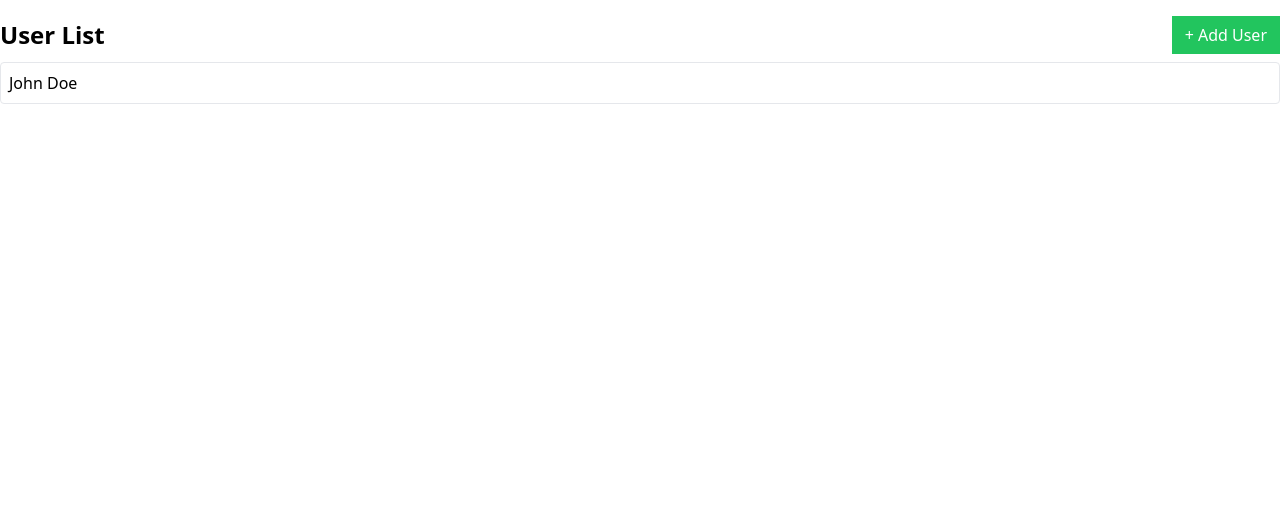
Repository: Marhamat92/users-app-redux-thunk-and-query
Page: /
These files come from the project's save history. The page is drawn as it stood at one moment and after the next save; the edit follows.
The browser window is 1280 px wide. The pictures show the whole page.
The project was rebuilt for these pictures with package versions that can differ from the ones it lists, and the page was loaded fresh each time. Requests to the local data server were answered from the project's data file.

Above is the page before, as saved 2023-01-30 18:51:57.

### src/index.js
import React from 'react';
import ReactDOM from 'react-dom/client';
import './index.css';
import App from './App';
import { Provider } from 'react-redux';
import { store } from './store';

const root = ReactDOM.createRoot(document.getElementById('root'));
root.render(
  <Provider store={store}>
    <App />
  </Provider>
);

### src/App.js
import UsersList from "./components/UsersList";


function App() {
  return (
    <div className="container mx-auto">
      <UsersList />
    </div>
  );
}

export default App;

### src/store/index.js
import { configureStore } from '@reduxjs/toolkit';
import { usersReducer } from './slices/usersSlice';

export const store = configureStore({
  reducer: {
    users: usersReducer,
  },
});


export * from './thunks/fetchUsers'; //  We are importing this here and exporting it from here so we can use it in App.js
export * from './thunks/addUser'; //  We are importing this here and exporting it from here so we can use it in App.js

### src/components/UsersList.js
import React, { useEffect, useState } from 'react'
import { fetchUsers, addUser } from '../store'
import { useDispatch, useSelector } from 'react-redux'
import Skeleton from './Skeleton'
import Button from './Button'



function UsersList() {
  const dispatch = useDispatch()
  const { data } = useSelector(state => state.users)
  const [isLoadingUsers, setIsLoadingUsers] = useState(false)
  const [loadingUsersError, setLoadingUsersError] = useState(null)
  // we deleted isLoading and error from destructring because we will use useState instead of isLoading and error which are isLoadingUsers and loadingUsersError

  useEffect(() => {
    dispatch(fetchUsers())
  }, [dispatch])

  const handleAddUser = () => {
    setIsLoadingUsers(true)
    dispatch(addUser())
  }


  if (isLoadingUsers) {
    return <Skeleton className="h-10 w-full" times={10} />
  }

  if (loadingUsersError) {
    return <div>Error while fetching data..</div>
  }


  const renderedUsers = data.map((user) => {
    return (
      <div>
        <div key={user.id} className='mb-2 mt-2 border rounded'>
          <div className='flex p-2 justify-between items-center cursor-pointer' >{user.name}</div>
        </div>
      </div>
    )
  })


  return (

    <div>
      <div className='flex flex-row justify-between items-center mt-4' >
        <h1 className='text-2xl font-bold' >User List</h1>
        <Button onClick={handleAddUser} success>
          + Add User
        </Button>
      </div>
      {renderedUsers}
    </div>
  )
}

export default UsersList

### src/store/slices/usersSlice.js
import { createSlice } from '@reduxjs/toolkit';
import { fetchUsers } from '../thunks/fetchUsers';
import { addUser } from '../thunks/addUser';

const usersSlice = createSlice({
  name: "users",
  initialState: {
    data: [],
    isLoading: false,
    error: null,

  },
  reducers: {},// we don't need reducers here because we are not creating a slice, we are creating a slice for fetching users in src/store/thunks/fetchUsers.//js
  extraReducers(builder) {
    builder.addCase(fetchUsers.pending, (state, action) => { state.isLoading = true });
    builder.addCase(fetchUsers.fulfilled, (state, action) => { state.isLoading = false; state.data = action.payload; });
    builder.addCase(fetchUsers.rejected, (state, action) => { state.isLoading = false; state.error = action.payload; });
    builder.addCase(addUser.pending, (state, action) => { state.isLoading = true; })
    builder.addCase(addUser.fulfilled, (state, action) => { state.isLoading = false; state.data.push(action.payload) });
    builder.addCase(addUser.rejected, (state, action) => { state.isLoading = false; state.error = action.error });
  }

});


//pending means that we are waiting for the response from the server
//fulfilled means that we got the response from the server
//rejected means that we got an error from the server

export const usersReducer = usersSlice.reducer;

### src/store/thunks/fetchUsers.js
import { createAsyncThunk } from "@reduxjs/toolkit";  // we use createAsyncThunk instead of createSlice here because we are not creating a slice, we are creating a thunk for fetching users
import axios from "axios";

const fetchUsers = createAsyncThunk('users/fetch', async () => {
  const response = await axios.get('http://localhost:3004/users')

  //!lets add short pause for development test to see if loading works or not (we will remove it later)
  await pause(2000) //! we are using await here because we want to wait for the pause to finish before we return the response.data
  return response.data;
})


//!lets add short pause for development test to see if loading works or not (we will remove it later)
const pause = (duration) => {
  return new Promise((resolve) => {
    setTimeout(() => {
      resolve()
    }, duration)
  })
}


// when we create async thunk, fetchUsers.pending, fetchUsers.fulfilled, fetchUsers.rejected are automatically created and we can use them inside extraReducers in src/store/slices/usersSlice.js
//so fetchUsers.pending === 'users/fetch/pending', fetchUsers.fulfilled === 'users/fetch/fulfilled', fetchUsers.rejected === 'users/fetch/rejected'

//pending means that we are waiting for the response from the server
//fulfilled means that we got the response from the server
//rejected means that we got an error from the server

export { fetchUsers };

### src/store/thunks/addUser.js
import { createAsyncThunk } from "@reduxjs/toolkit";
import axios from "axios";
import { faker } from '@faker-js/faker'

const addUser = createAsyncThunk('users/add', async () => {
  const response = axios.post('http://localhost:3004/users', {
    name: faker.name.fullName(),
  });
  return response.data;

});

export { addUser };

### src/components/Button.js
import className from 'classnames';

function Button({
  children,
  primary,
  secondary,
  success,
  warning,
  danger,
  outline,
  rounded,
  ...rest
}) {
  const classes = className(
    rest.className,
    'flex items-center px-3 py-1.5 border',
    {
      'border-blue-500 bg-blue-500 text-white': primary,
      'border-gray-900 bg-gray-900 text-white': secondary,
      'border-green-500 bg-green-500 text-white': success,
      'border-yellow-400 bg-yellow-400 text-white': warning,
      'border-red-500 bg-red-500 text-white': danger,
      'rounded-full': rounded,
      'bg-white': outline,
      'text-blue-500': outline && primary,
      'text-gray-900': outline && secondary,
      'text-green-500': outline && success,
      'text-yellow-400': outline && warning,
      'text-red-500': outline && danger,
    }
  );

  return (
    <button {...rest} className={classes}>
      {children}
    </button>
  );
}

Button.propTypes = {
  checkVariationValue: ({ primary, secondary, success, warning, danger }) => {
    const count =
      Number(!!primary) +
      Number(!!secondary) +
      Number(!!warning) +
      Number(!!success) +
      Number(!!danger);

    if (count > 1) {
      return new Error(
        'Only one of primary, secondary, success, warning, danger can be true'
      );
    }
  },
};

export default Button;

### tailwind.config.js
/** @type {import('tailwindcss').Config} */
module.exports = {
  content: [
    "./src/**/*.{js,jsx,ts,tsx}",
  ],
  theme: {
    extend: {
      keyframes: {
        shimmer: {
          '100%': { transform: 'translateX(100%)' },
        },
      },
      animation: {
        shimmer: 'shimmer 1.5s infinite',
      },
      colors: {},
      fontFamily: {},
      fontSize: {},
      fontWeight: {},
      height: {},
      inset: {},
      letterSpacing: {},
      lineHeight: {},
      margin: {},
      maxHeight: {},
      maxWidth: {},
      minHeight: {},
      minWidth: {},
      opacity: {},
      padding: {},
      screens: {
        xs: "320px",
        sm: "640px",
        md: "768px",
        lg: "1024px",
        xl: "1280px",
        "2xl": "1536px",

      },
      spacing: {},
      stroke: {},
      strokeWidth: {},
      textColor: {},
      width: {},
      zIndex: {},
    },
  },
  plugins: [],
}

### db.json
{
  "users":[{
    "id":1,
     "name":"John Doe"
  }],
  "albums":[],
  "photos":[]
}

### src/components/Skeleton.js
import React from 'react'
import classNames from 'classnames'

function Skeleton({ times, className }) {

  const outerClassNames = classNames(
    'relative',
    'overflow-hidden',
    'bg-gray-200',
    'rounded',
    'mb-2.5',
    className
  );
  const innerClassNames = classNames(
    'animate-shimmer',
    'absolute',
    'inset-0',
    '-translate-x-full',
    'bg-gradient-to-r',
    'from-gray-200',
    'via-white',
    'to-gray-200',


  );

  const boxes = Array(times).fill(0).map((_, i) => {
    return (<div key={i} className={outerClassNames}>
      <div className={innerClassNames} />
    </div>)
  });



  return boxes
}

export default Skeleton

Loaded but not shown: public/index.html (common file); src/index.css (common file)

After the next save:
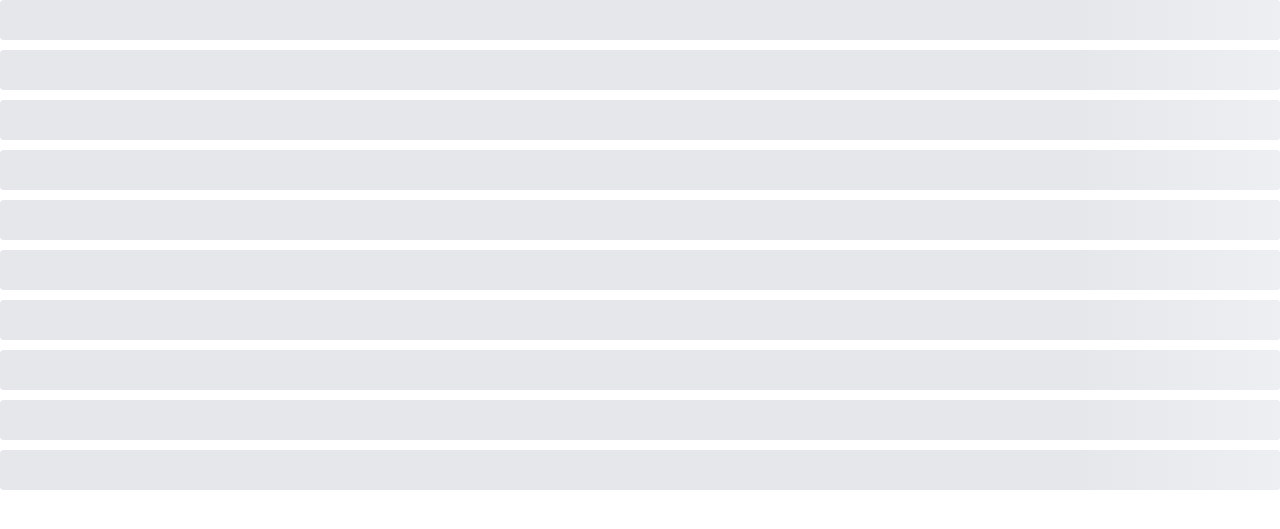
Saved 8 min 40 s later.
--- a/src/components/UsersList.js
+++ b/src/components/UsersList.js
@@ -14,11 +14,17 @@
   // we deleted isLoading and error from destructring because we will use useState instead of isLoading and error which are isLoadingUsers and loadingUsersError
 
   useEffect(() => {
+    setIsLoadingUsers(true)
     dispatch(fetchUsers())
+      .unwrap()
+      .then(() => {
+
+      })
+      .catch((error) => { })
+    //when we console log dispatch we see unwrap, so we ca use t to create a promise and then we can use then and catch to show the loading or error accordingly
   }, [dispatch])
 
   const handleAddUser = () => {
-    setIsLoadingUsers(true)
     dispatch(addUser())
   }
 

After the 2 saves that followed:
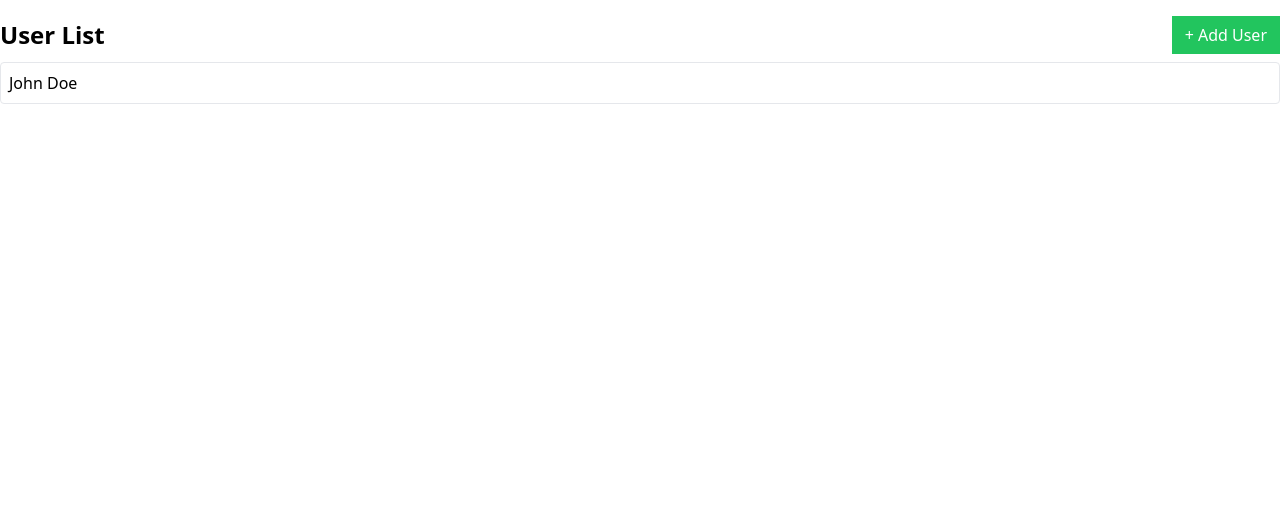
The 2 saves are shown as one change because 1 left the picture as it was.
The last was saved 52 s later.
--- a/src/components/UsersList.js
+++ b/src/components/UsersList.js
@@ -18,9 +18,12 @@
     dispatch(fetchUsers())
       .unwrap()
       .then(() => {
-
+        console.log('success')
+        setIsLoadingUsers(false)
       })
-      .catch((error) => { })
+      .catch((error) => {
+        console.log('error')
+      })
     //when we console log dispatch we see unwrap, so we ca use t to create a promise and then we can use then and catch to show the loading or error accordingly
   }, [dispatch])
 
